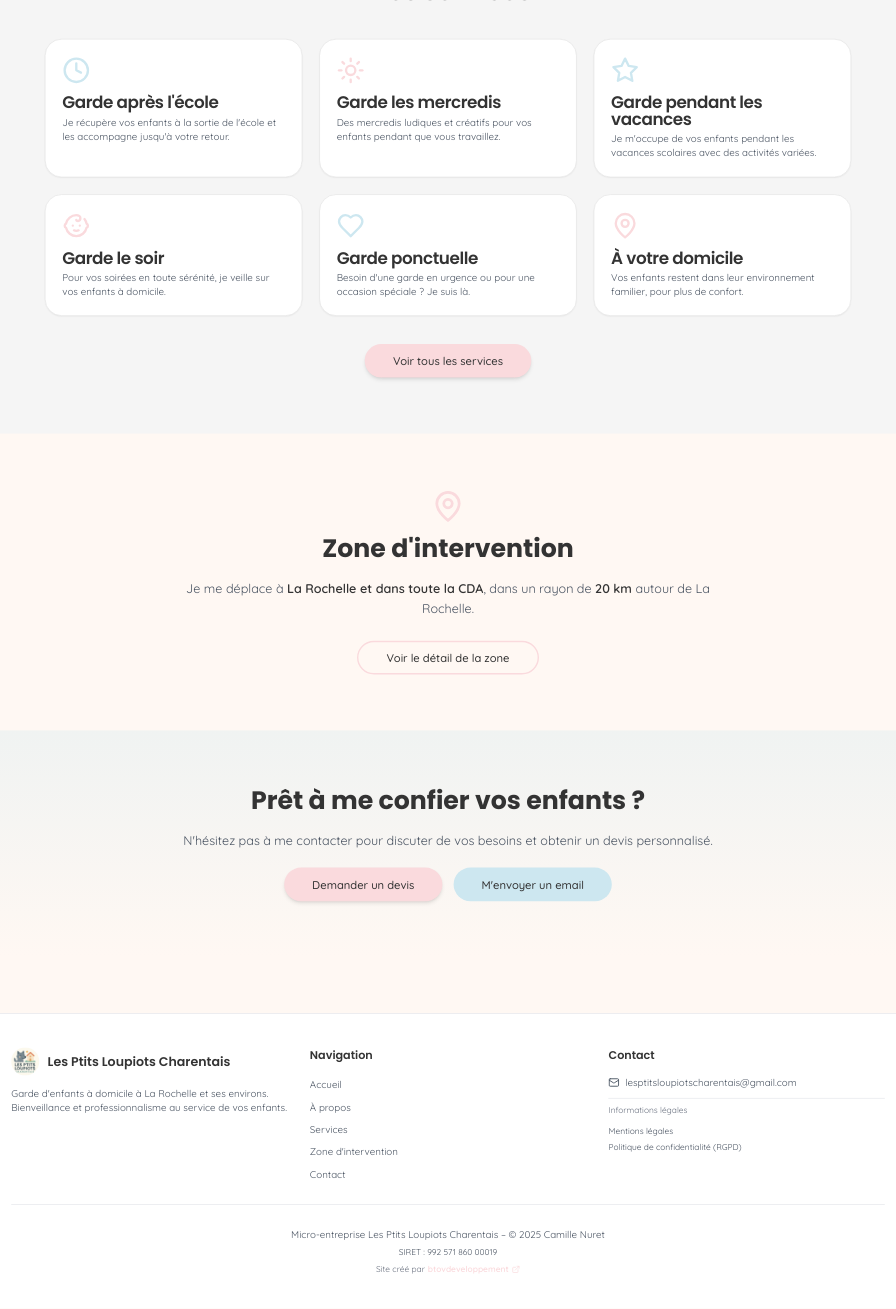
Repository: Virginie17/lesptitsloupiotscharentais
Page: /
These files come from the project's save history. The page is drawn as it stood at one moment and after the next save; the edit follows.
The browser window is 1280 px wide. The pictures show the part of the page from y = 1268 to 3188 px (the page is 3138 px tall before and 3188 px after), at 70% of full size.
The project was rebuilt for these pictures with package versions that can differ from the ones it lists, and the page was loaded fresh each time. The framework's server and built-in components were replaced by stand-ins that run in the browser.

Above is the page before, as saved 2025-10-17 10:36:37.

### app/layout.tsx
import type { Metadata } from "next"
import { Poppins, Quicksand } from "next/font/google"
import "./globals.css"
import { Navigation } from "@/components/navigation"
import { Footer } from "@/components/footer"

const poppins = Poppins({
  subsets: ["latin"],
  weight: ["300", "400", "500", "600", "700"],
  variable: "--font-poppins",
})

const quicksand = Quicksand({
  subsets: ["latin"],
  weight: ["300", "400", "500", "600", "700"],
  variable: "--font-quicksand",
})

export const metadata: Metadata = {
  title: "Les Ptits Loupiots Charentais | Garde d'enfants à La Rochelle",
  description: "Service de garde d'enfants à domicile à La Rochelle et ses environs. Camille Nuret, assistante maternelle agréée BAFA et CAP Petite Enfance.",
  keywords: "garde d'enfants, La Rochelle, assistante maternelle, baby-sitting, BAFA, CAP Petite Enfance",
}

export default function RootLayout({
  children,
}: Readonly<{
  children: React.ReactNode
}>) {
  return (
    <html lang="fr" className={`${poppins.variable} ${quicksand.variable}`}>
      <body className="min-h-screen flex flex-col">
        <Navigation />
        <main className="flex-grow">{children}</main>
        <Footer />
      </body>
    </html>
  )
}

### app/globals.css
@import url('https://fonts.googleapis.com/css2?family=Poppins:wght@300;400;500;600;700&family=Quicksand:wght@300;400;500;600;700&display=swap');

@tailwind base;
@tailwind components;
@tailwind utilities;

:root {
  --font-poppins: 'Poppins', sans-serif;
  --font-quicksand: 'Quicksand', sans-serif;

  --background: 0 0% 100%;
  --foreground: 0 0% 20%;
  --primary: 340 100% 92%;
  --primary-foreground: 0 0% 20%;
  --secondary: 200 50% 87%;
  --secondary-foreground: 0 0% 20%;
  --border: 0 0% 90%;
  --input: 0 0% 90%;
  --ring: 340 100% 92%;
}

@layer base {
  * {
    @apply border-border;
  }
  body {
    @apply bg-beige-light text-gray-dark font-quicksand;
  }
  h1, h2, h3, h4, h5, h6 {
    @apply font-poppins;
  }
}

@layer utilities {
  .text-balance {
    text-wrap: balance;
  }
}

### components/navigation.tsx
"use client"

import Link from "next/link"
import { usePathname } from "next/navigation"
import { useState } from "react"
import { Menu, X } from "lucide-react"
import { cn } from "@/lib/utils"

const links = [
  { href: "/", label: "Accueil" },
  { href: "/a-propos", label: "À propos" },
  { href: "/services", label: "Services" },
  { href: "/zone", label: "Zone d'intervention" },
  { href: "/contact", label: "Contact" },
]

export function Navigation() {
  const pathname = usePathname()
  const [isOpen, setIsOpen] = useState(false)

  return (
    <nav className="bg-white/95 backdrop-blur-sm shadow-sm sticky top-0 z-50">
      <div className="container mx-auto px-4">
        <div className="flex items-center justify-between h-16 md:h-20">
          <Link href="/" className="flex items-center space-x-2">
            <span className="text-xl md:text-2xl font-bold text-rose-powder">🧸</span>
            <span className="text-lg md:text-xl font-poppins font-semibold text-gray-dark">
              Les Ptits Loupiots
            </span>
          </Link>

          {/* Desktop Navigation */}
          <div className="hidden md:flex items-center space-x-1">
            {links.map((link) => (
              <Link
                key={link.href}
                href={link.href}
                className={cn(
                  "px-4 py-2 rounded-full text-sm font-medium transition-colors",
                  pathname === link.href
                    ? "bg-rose-powder text-gray-dark"
                    : "text-gray-600 hover:bg-rose-powder/20 hover:text-gray-dark"
                )}
              >
                {link.label}
              </Link>
            ))}
          </div>

          {/* Mobile Menu Button */}
          <button
            className="md:hidden p-2 rounded-lg hover:bg-gray-100"
            onClick={() => setIsOpen(!isOpen)}
          >
            {isOpen ? <X size={24} /> : <Menu size={24} />}
          </button>
        </div>

        {/* Mobile Navigation */}
        {isOpen && (
          <div className="md:hidden py-4 border-t animate-fade-in">
            {links.map((link) => (
              <Link
                key={link.href}
                href={link.href}
                onClick={() => setIsOpen(false)}
                className={cn(
                  "block px-4 py-3 rounded-lg text-sm font-medium transition-colors",
                  pathname === link.href
                    ? "bg-rose-powder text-gray-dark"
                    : "text-gray-600 hover:bg-rose-powder/20"
                )}
              >
                {link.label}
              </Link>
            ))}
          </div>
        )}
      </div>
    </nav>
  )
}

### src/components/Footer.tsx
import Link from "next/link"
import Image from "next/image"
import { Mail, ExternalLink, Facebook, Instagram } from "lucide-react"

export function Footer() {
  return (
    <footer className="bg-white border-t border-gray-200 mt-20">
      <div className="container mx-auto px-4 py-12">
        <div className="grid grid-cols-1 md:grid-cols-3 gap-8">
          {/* Logo & Description */}
          <div className="space-y-4">
            <div className="flex items-center space-x-3 group">
              <Image
                src="/logo.jpg"
                alt="Les Ptits Loupiots Charentais"
                width={40}
                height={40}
                className="rounded-full object-cover animate-float group-hover:animate-bounce-gentle"
              />
              <span className="text-lg font-poppins font-semibold group-hover:text-rose-600 transition-colors duration-300">
                Les Ptits Loupiots Charentais
              </span>
            </div>
            <p className="text-sm text-gray-600">
              Garde d&apos;enfants à domicile à La Rochelle et ses environs.
              Bienveillance et professionnalisme au service de vos enfants.
            </p>
          </div>

          {/* Navigation Links */}
          <div>
            <h3 className="font-poppins font-semibold mb-4">Navigation</h3>
            <ul className="space-y-2">
              <li>
                <Link
                  href="/"
                  className="text-sm text-gray-600 hover:text-rose-powder transition-all duration-300 hover:translate-x-1 inline-block"
                >
                  Accueil
                </Link>
              </li>
              <li>
                <Link
                  href="/a-propos"
                  className="text-sm text-gray-600 hover:text-rose-powder transition-all duration-300 hover:translate-x-1 inline-block"
                >
                  À propos
                </Link>
              </li>
              <li>
                <Link
                  href="/services"
                  className="text-sm text-gray-600 hover:text-rose-powder transition-all duration-300 hover:translate-x-1 inline-block"
                >
                  Services
                </Link>
              </li>
              <li>
                <Link
                  href="/zone"
                  className="text-sm text-gray-600 hover:text-rose-powder transition-all duration-300 hover:translate-x-1 inline-block"
                >
                  Zone d&apos;intervention
                </Link>
              </li>
              <li>
                <Link
                  href="/contact"
                  className="text-sm text-gray-600 hover:text-rose-powder transition-all duration-300 hover:translate-x-1 inline-block"
                >
                  Contact
                </Link>
              </li>
            </ul>
          </div>

          {/* Contact */}
          <div>
            <h3 className="font-poppins font-semibold mb-4">Contact</h3>
            <div className="space-y-3">
              <a
                href="mailto:lesptitsloupiotscharentais@gmail.com"
                className="flex items-center space-x-2 text-sm text-gray-600 hover:text-rose-powder transition-all duration-300 hover:translate-x-1 group"
              >
                <Mail size={16} className="group-hover:animate-pulse-soft" />
                <span>lesptitsloupiotscharentais@gmail.com</span>
              </a>
              <div className="pt-2 border-t border-gray-200">
                <p className="text-xs text-gray-500 mb-2">Informations légales</p>
                <div className="space-y-1">
                  <Link
                    href="/mentions-legales"
                    className="text-xs text-gray-600 hover:text-rose-powder transition-all duration-300 hover:translate-x-1 inline-block"
                  >
                    Mentions légales
                  </Link>
                  <br />
                  <Link
                    href="/politique-confidentialite"
                    className="text-xs text-gray-600 hover:text-rose-powder transition-all duration-300 hover:translate-x-1 inline-block"
                  >
                    Politique de confidentialité (RGPD)
                  </Link>
                </div>
              </div>
            </div>
          </div>
        </div>

        <div className="border-t border-gray-200 mt-8 pt-8 text-center text-sm text-gray-600 space-y-2">
          <p>
            Micro-entreprise Les Ptits Loupiots Charentais – © 2025 Camille Nuret
          </p>
          <p className="text-xs">
            SIRET : 992 571 860 00019
          </p>
          <p className="text-xs text-gray-500 flex items-center justify-center gap-1">
            Site créé par{" "}
            <a
              href="https://btovdeveloppement.com"
              target="_blank"
              rel="noopener noreferrer"
              className="text-rose-powder hover:text-rose-600 font-semibold transition-colors inline-flex items-center gap-1"
            >
              btovdeveloppement
              <ExternalLink size={12} />
            </a>
          </p>
        </div>
      </div>
    </footer>
  )
}

### src/components/ui/button.tsx
import * as React from "react"
import { Slot } from "@radix-ui/react-slot"
import { cva, type VariantProps } from "class-variance-authority"
import { cn } from "@/lib/utils"

const buttonVariants = cva(
  "inline-flex items-center justify-center gap-2 whitespace-nowrap rounded-full text-sm font-medium ring-offset-background transition-all focus-visible:outline-none focus-visible:ring-2 focus-visible:ring-ring focus-visible:ring-offset-2 disabled:pointer-events-none disabled:opacity-50",
  {
    variants: {
      variant: {
        default: "bg-rose-powder text-gray-dark hover:bg-rose-powder/90 shadow-md hover:shadow-lg",
        secondary: "bg-blue-sky text-gray-dark hover:bg-blue-sky/90",
        outline: "border-2 border-rose-powder bg-transparent hover:bg-rose-powder/10",
        ghost: "hover:bg-rose-powder/10",
      },
      size: {
        default: "h-11 px-8 py-2",
        sm: "h-9 px-4",
        lg: "h-12 px-10 text-base",
        icon: "h-10 w-10",
      },
    },
    defaultVariants: {
      variant: "default",
      size: "default",
    },
  }
)

export interface ButtonProps
  extends React.ButtonHTMLAttributes<HTMLButtonElement>,
    VariantProps<typeof buttonVariants> {
  asChild?: boolean
}

const Button = React.forwardRef<HTMLButtonElement, ButtonProps>(
  ({ className, variant, size, asChild = false, ...props }, ref) => {
    const Comp = asChild ? Slot : "button"
    return (
      <Comp
        className={cn(buttonVariants({ variant, size, className }))}
        ref={ref}
        {...props}
      />
    )
  }
)
Button.displayName = "Button"

export { Button, buttonVariants }

### src/components/ui/card.tsx
import * as React from "react"
import { cn } from "@/lib/utils"

const Card = React.forwardRef<HTMLDivElement, React.HTMLAttributes<HTMLDivElement>>(
  ({ className, ...props }, ref) => (
    <div
      ref={ref}
      className={cn("rounded-3xl border bg-white shadow-sm transition-all hover:shadow-md", className)}
      {...props}
    />
  )
)
Card.displayName = "Card"

const CardHeader = React.forwardRef<HTMLDivElement, React.HTMLAttributes<HTMLDivElement>>(
  ({ className, ...props }, ref) => (
    <div ref={ref} className={cn("flex flex-col space-y-1.5 p-6", className)} {...props} />
  )
)
CardHeader.displayName = "CardHeader"

const CardTitle = React.forwardRef<HTMLParagraphElement, React.HTMLAttributes<HTMLHeadingElement>>(
  ({ className, ...props }, ref) => (
    <h3 ref={ref} className={cn("text-2xl font-semibold leading-none tracking-tight", className)} {...props} />
  )
)
CardTitle.displayName = "CardTitle"

const CardDescription = React.forwardRef<HTMLParagraphElement, React.HTMLAttributes<HTMLParagraphElement>>(
  ({ className, ...props }, ref) => (
    <p ref={ref} className={cn("text-sm text-gray-600", className)} {...props} />
  )
)
CardDescription.displayName = "CardDescription"

const CardContent = React.forwardRef<HTMLDivElement, React.HTMLAttributes<HTMLDivElement>>(
  ({ className, ...props }, ref) => (
    <div ref={ref} className={cn("p-6 pt-0", className)} {...props} />
  )
)
CardContent.displayName = "CardContent"

const CardFooter = React.forwardRef<HTMLDivElement, React.HTMLAttributes<HTMLDivElement>>(
  ({ className, ...props }, ref) => (
    <div ref={ref} className={cn("flex items-center p-6 pt-0", className)} {...props} />
  )
)
CardFooter.displayName = "CardFooter"

export { Card, CardHeader, CardFooter, CardTitle, CardDescription, CardContent }

### tailwind.config.ts
import type { Config } from "tailwindcss"

const config = {
  darkMode: ["class"],
  content: [
    './src/pages/**/*.{ts,tsx}',
    './src/components/**/*.{ts,tsx}',
    './src/app/**/*.{ts,tsx}',
  ],
  prefix: "",
  theme: {
    container: {
      center: true,
      padding: "2rem",
      screens: {
        "2xl": "1400px",
      },
    },
    extend: {
      colors: {
        border: "hsl(var(--border))",
        input: "hsl(var(--input))",
        ring: "hsl(var(--ring))",
        background: "hsl(var(--background))",
        foreground: "hsl(var(--foreground))",
        beige: {
          light: "#FFF8F3",
        },
        rose: {
          powder: "#FADADD",
        },
        blue: {
          sky: "#CDE7F0",
        },
        gray: {
          soft: "#F5F5F5",
          dark: "#333333",
        },
        primary: {
          DEFAULT: "hsl(var(--primary))",
          foreground: "hsl(var(--primary-foreground))",
        },
        secondary: {
          DEFAULT: "hsl(var(--secondary))",
          foreground: "hsl(var(--secondary-foreground))",
        },
      },
      fontFamily: {
        poppins: ['var(--font-poppins)', 'sans-serif'],
        quicksand: ['var(--font-quicksand)', 'sans-serif'],
      },
      keyframes: {
        "fade-in": {
          "0%": { opacity: "0" },
          "100%": { opacity: "1" },
        },
        "slide-up": {
          "0%": { transform: "translateY(20px)", opacity: "0" },
          "100%": { transform: "translateY(0)", opacity: "1" },
        },
      },
      animation: {
        "fade-in": "fade-in 0.6s ease-out",
        "slide-up": "slide-up 0.6s ease-out",
      },
    },
  },
  plugins: [require("tailwindcss-animate")],
} satisfies Config

export default config

Loaded but not shown: src/lib/utils.ts (common file); app/page.tsx (170 lines, source omitted)

After the next save:
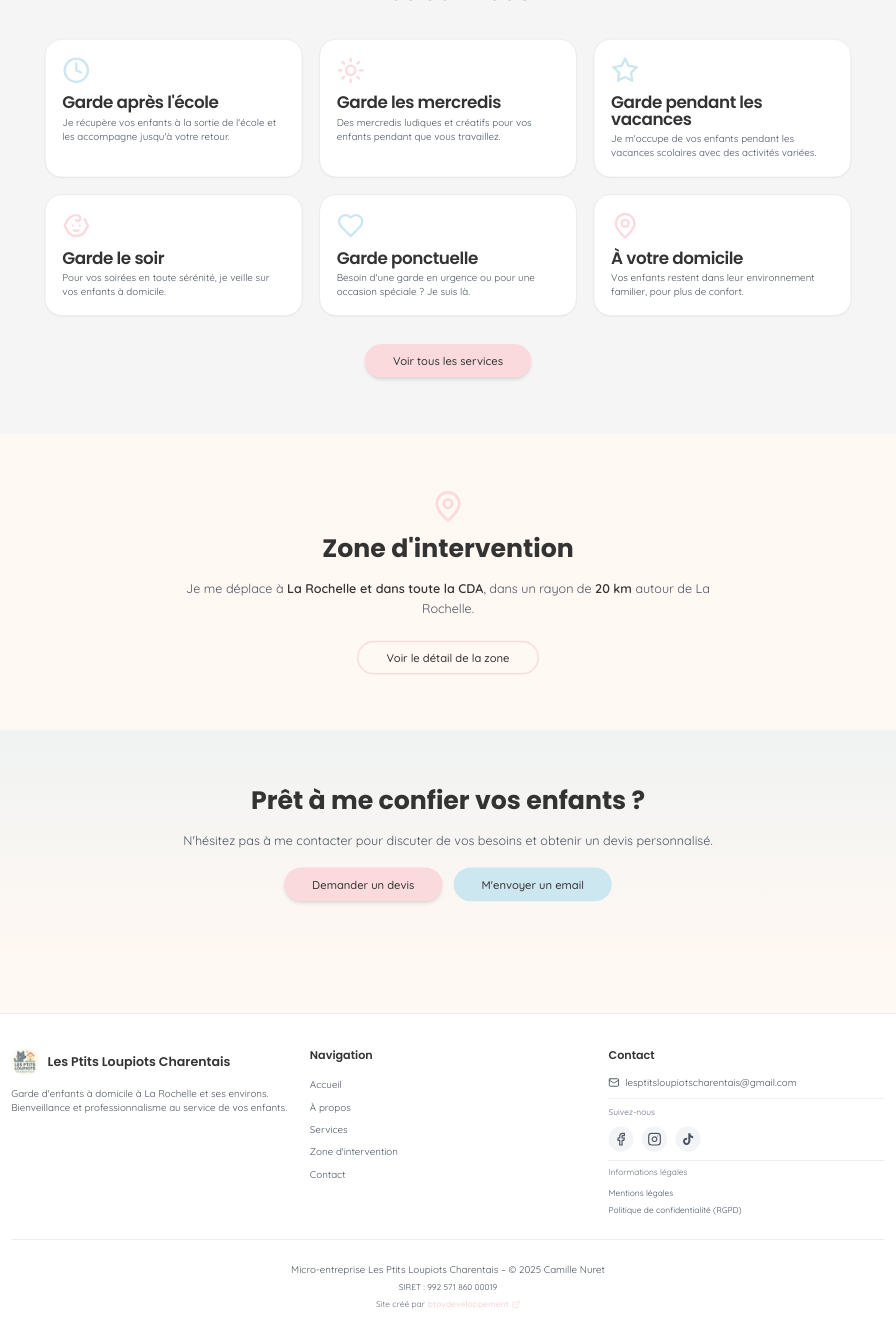
Saved 24 s later.
--- a/src/components/Footer.tsx
+++ b/src/components/Footer.tsx
@@ -85,6 +85,52 @@ export function Footer() {
                 <Mail size={16} className="group-hover:animate-pulse-soft" />
                 <span>lesptitsloupiotscharentais@gmail.com</span>
               </a>
+
+              {/* Réseaux sociaux */}
+              <div className="pt-3 border-t border-gray-200">
+                <p className="text-xs text-gray-500 mb-3">Suivez-nous</p>
+                <div className="flex items-center space-x-3">
+                  <a
+                    href="https://www.facebook.com"
+                    target="_blank"
+                    rel="noopener noreferrer"
+                    className="group p-2 rounded-full bg-gray-100 hover:bg-rose-powder transition-all duration-300 hover:scale-110"
+                    aria-label="Facebook"
+                  >
+                    <Facebook size={20} className="text-gray-600 group-hover:text-white transition-colors" />
+                  </a>
+                  <a
+                    href="https://www.instagram.com"
+                    target="_blank"
+                    rel="noopener noreferrer"
+                    className="group p-2 rounded-full bg-gray-100 hover:bg-rose-powder transition-all duration-300 hover:scale-110"
+                    aria-label="Instagram"
+                  >
+                    <Instagram size={20} className="text-gray-600 group-hover:text-white transition-colors" />
+                  </a>
+                  <a
+                    href="https://www.tiktok.com"
+                    target="_blank"
+                    rel="noopener noreferrer"
+                    className="group p-2 rounded-full bg-gray-100 hover:bg-rose-powder transition-all duration-300 hover:scale-110"
+                    aria-label="TikTok"
+                  >
+                    <svg
+                      width="20"
+                      height="20"
+                      viewBox="0 0 24 24"
+                      fill="none"
+                      className="text-gray-600 group-hover:text-white transition-colors"
+                    >
+                      <path
+                        d="M19.59 6.69a4.83 4.83 0 0 1-3.77-4.25V2h-3.45v13.67a2.89 2.89 0 0 1-5.2 1.74 2.89 2.89 0 0 1 2.31-4.64 2.93 2.93 0 0 1 .88.13V9.4a6.84 6.84 0 0 0-1-.05A6.33 6.33 0 0 0 5 20.1a6.34 6.34 0 0 0 10.86-4.43v-7a8.16 8.16 0 0 0 4.77 1.52v-3.4a4.85 4.85 0 0 1-1-.1z"
+                        fill="currentColor"
+                      />
+                    </svg>
+                  </a>
+                </div>
+              </div>
+
               <div className="pt-2 border-t border-gray-200">
                 <p className="text-xs text-gray-500 mb-2">Informations légales</p>
                 <div className="space-y-1">
